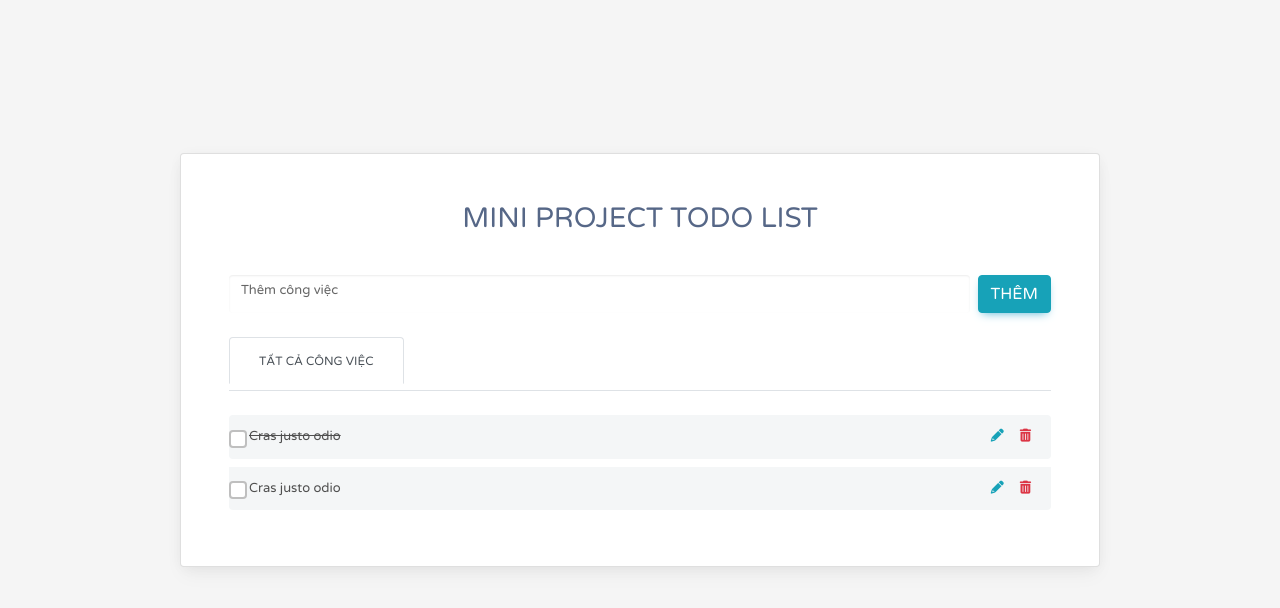
Repository: TinhTT336/MD02_Session06
Page: /
These files come from the project's save history. The page is drawn as it stood at one moment and after the next save; the edit follows.
The browser window is 1280 px wide. The pictures show the whole page.
Some web libraries are served in a nearby version. The project was rebuilt for these pictures with package versions that can differ from the ones it lists, and the page was loaded fresh each time. Also part of the build but not shown: vite.config.js, src/App.css, src/mini_project/TodoList.jsx, src/mini_project/Todo.jsx, src/base/Input.jsx, src/base/Radio.jsx, src/base/Checkbox.jsx, src/Homework/AddModal.jsx and 8 more.

Above is the page before, as saved 2023-09-03 23:30:38.

After the next save:
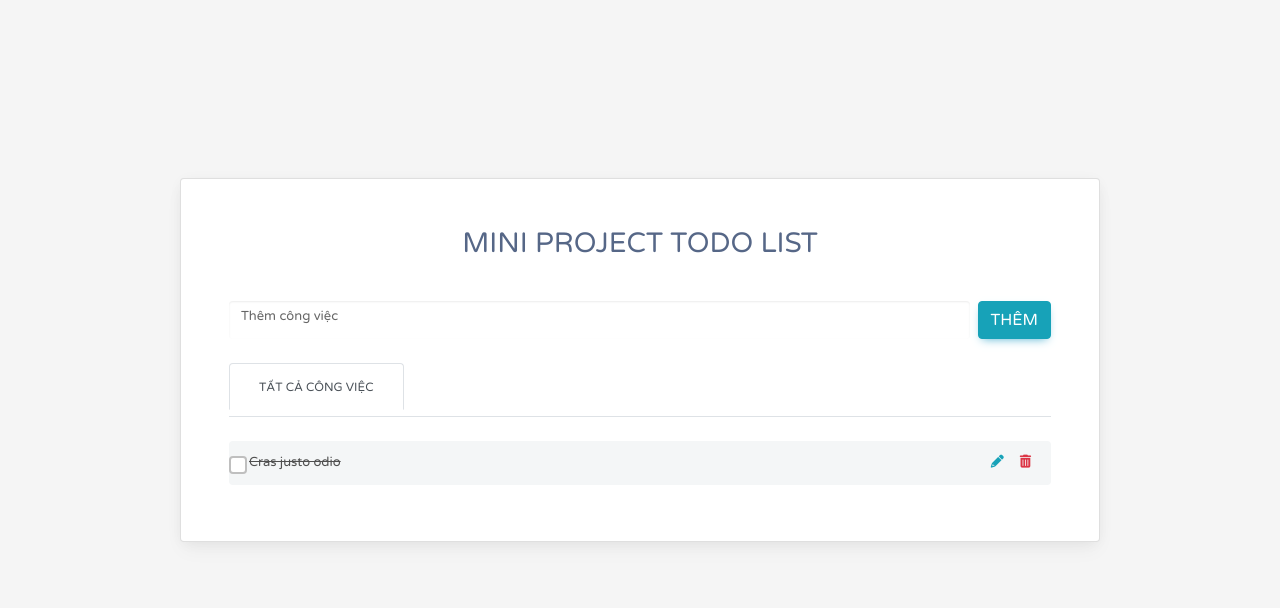
Saved 42 s later.
--- a/src/mini_project/Todos.jsx
+++ b/src/mini_project/Todos.jsx
@@ -79,36 +79,7 @@ export default function Todos() {
                                                         </a>
                                                     </div>
                                                 </li>
-                                                <li
-                                                    className="list-group-item d-flex
-                                          align-items-center border-0 mb-2
-                                          justify-content-between"
-                                                    style={{ backgroundColor: "#f4f6f7" }}
-                                                >
-                                                    <div>
-                                                        <input className="form-check-input" type="checkbox" />
-                                                        Cras justo odio
-                                                    </div>
-                                                    <div>
-                                                        <a href="#!" className="text-info" title="Sửa công việc">
-                                                            <i
-                                                                className="fas
-                                                      fa-pencil-alt
-                                                      me-3"
-                                                            />
-                                                        </a>
-                                                        <a
-                                                            href="#!"
-                                                            className="text-danger"
-                                                            title="Xóa công việc"
-                                                        >
-                                                            <i
-                                                                className="fas
-                                                      fa-trash-alt"
-                                                            />
-                                                        </a>
-                                                    </div>
-                                                </li>
+
                                             </ul>
                                         </div>
                                     </div>
